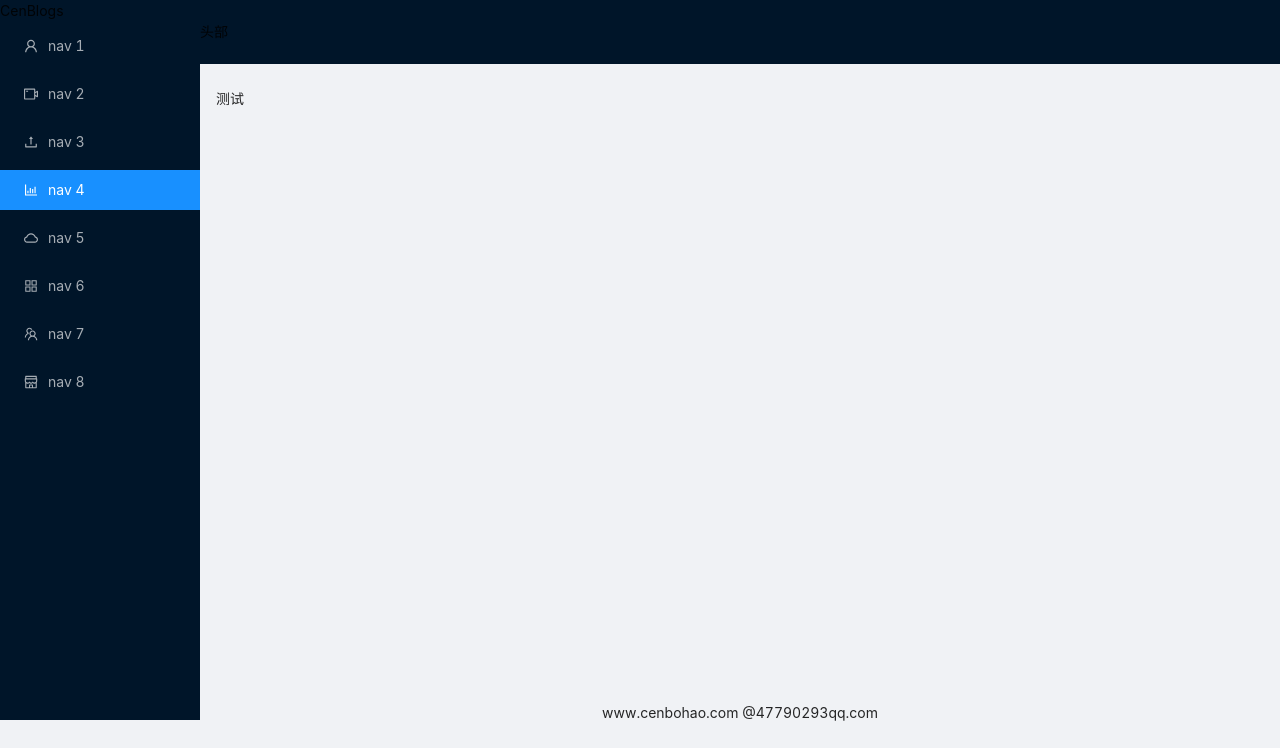
Repository: CBH20010703/BlogsAntd
Page: /
The author's editor kept a copy of each file at every save. The page is drawn from the files as they stood at one save, then again after the next save.
The browser window is 1280 px wide. The pictures show the whole page.
The project was rebuilt for these pictures with package versions that can differ from the ones it lists, and the page was loaded fresh each time. Also part of the build but not shown: src/view/Home/Home.css, src/view/404/Error.jsx.

Above is the page before, as saved 2021-06-20 22:44:52.

After the next save:
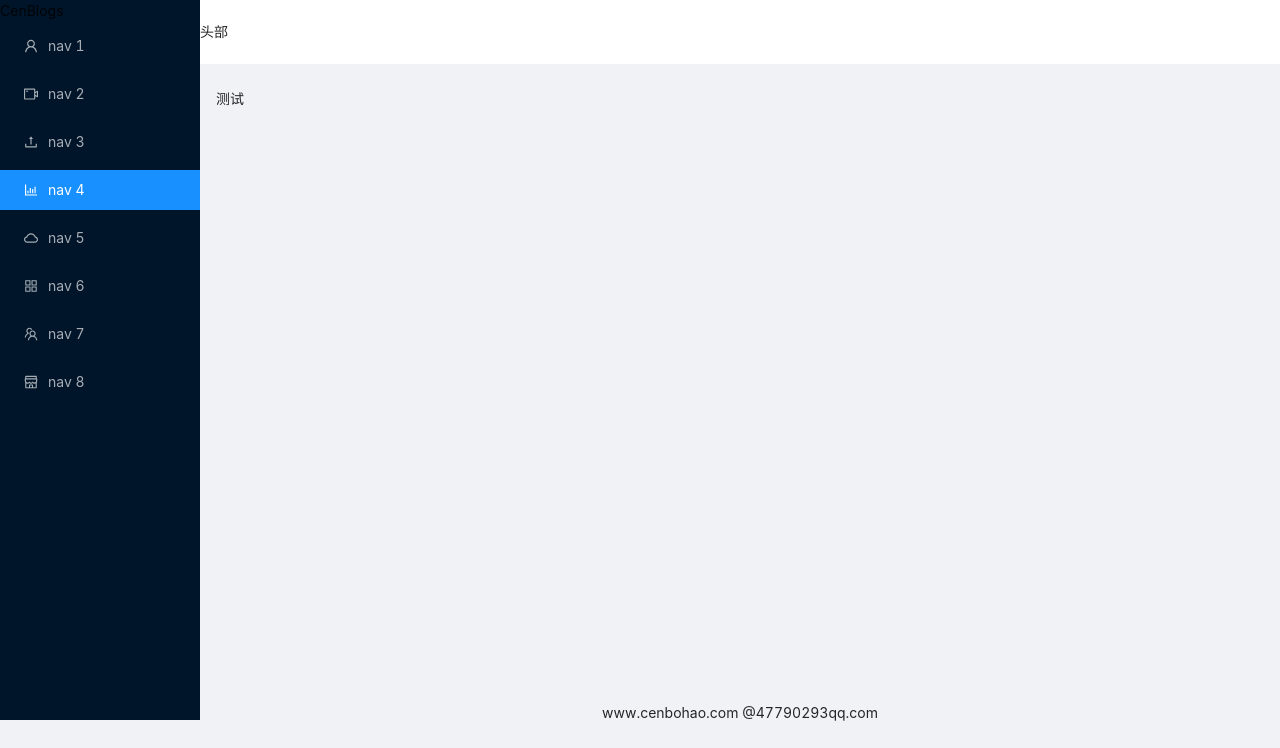
Saved 22 s later.
--- a/src/component/Header/Headers.jsx
+++ b/src/component/Header/Headers.jsx
@@ -1,5 +1,6 @@
 import React, { Component } from 'react'
 import { Layout } from 'antd';
+import "./Headers.css"
 const { Header } = Layout;
 export default class Headers extends Component {
     render() {
